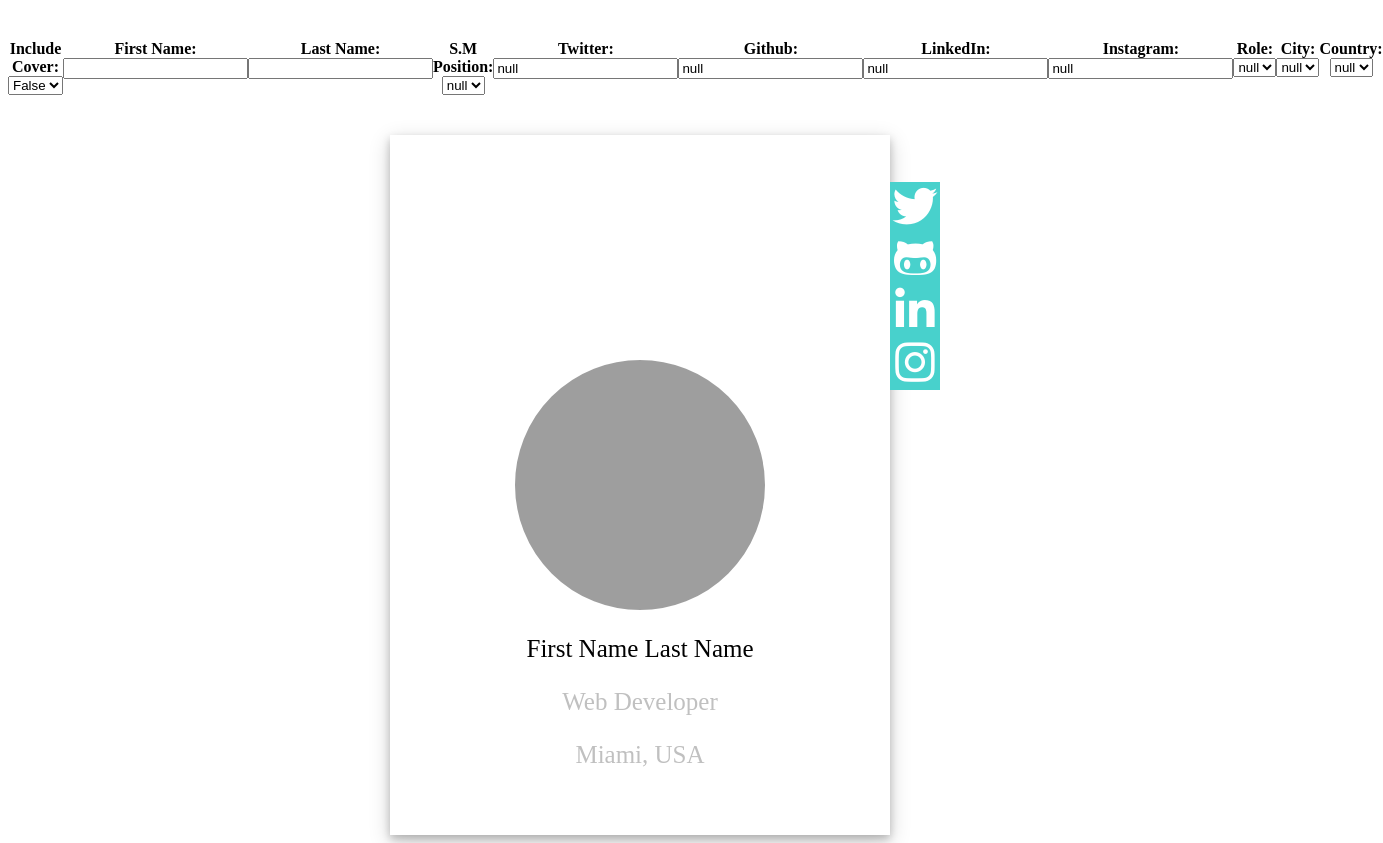
Repository: DJaye33/conditional-profile-card
Page: index.html
The author's editor kept a record of every edit. The page is drawn from the files as they stood at one moment, then again after the next edit.
The browser window is 1280 px wide. The page is 1383 px wide, so the pictures cover 1383 px, including what lies to the right of the window. The pictures show the whole page.
Pictures or frames that could not be fetched are drawn as grey boxes. Some web libraries are served in a nearby version.

Above is the page before.
Console error: TypeError: Cannot read properties of null (reading 'addEventListener')

### index.html
<!DOCTYPE html>
<html lang="en">

<head>
    <meta charset="UTF-8">
    <meta name="viewport" content="width=device-width, initial-scale=1.0">
    <meta http-equiv="X-UA-Compatible" content="ie=edge">
    <title>Conditional Profile Card</title>
    <script src="https://kit.fontawesome.com/d239cac0a2.js" crossorigin="anonymous"></script>
    <link rel="stylesheet" href="profileCard.css" type="text/css" />
</head>

<body>
    <div id='container'>

        <label for='cover-input'>
            Include Cover:
            <br />
            <select id='include-cover'>
                <option value='false'>False</option>
                <option value='true'>True</option>
            </select>
        </label>

        <label for='first-name'>
            First Name:
            <br />
            <input id='firstName' type='text' />
        </label>

        <label id='lastName' for='last-name'>
           Last Name:
            <br />
            <input type='text' />
        </label>

        <label for='cover-input'>
            S.M Position:
            <br />
            <select>
                <option>null</option>
            </select>
        </label>

        <label for='twitter'>
           Twitter:
            <br />
            <input value='null' type='text' />
        </label>

        <label for='Github'>
           Github:
            <br />
            <input value='null' type='text' />
        </label>

        <label for='LinkedIn'>
           LinkedIn:
            <br />
            <input value='null' type='text' />
        </label>

        <label for='Instagram'>
           Instagram:
            <br />
            <input value='null' type='text' />
        </label>

        <label for='role'>
            Role:
            <br />
            <select>
                <option>null</option>
            </select>
        </label>

        <label for='city'>
            City:
            <br />
            <select>
                <option>null</option>
            </select>
        </label>

        <label for='country'>
            Country:
            <br />
            <select>
                <option>null</option>
            </select>
        </label>
    </div>

    <div id='card-body'>
        <div id='user-image'>
        </div>
        <section id='upper-half'></section>
        <section id='lower-half'>
            <div id='text-block'>
                <span id='firstNameEl'>First Name</span>
                <span id='lastNameEl'>Last Name</span>
                <p class='mute-text'>Web Developer</p>
                <p class='mute-text'>Miami, USA</p>
            </div>
            <ul id='social-links'>
                <li><i class="fab fa-twitter"></i></li>
                <li><i class="fab fa-github-alt"></i></li>
                <li><i class="fab fa-linkedin-in"></i></li>
                <li><i class="fab fa-instagram"></i></li>
            </ul>

    </div>

    </section>
    </div>

    <script src='profileCard.js'></script>
</body>

</html>

### profileCard.css
#container {
    display: flex;
    justify-content: space-around;
    margin-top: 40px;
    margin-bottom: 40px;
}

label {
    font-weight: bold;
    text-align: center;
}



#card-body {
    position: relative;
    background: white;
    margin: 0 auto;
    width: 500px;
    height: 700px;
    /*border-radius: 20px;*/
    box-shadow: 0 4px 8px 0 rgba(0, 0, 0, 0.2), 0 6px 20px 0 rgba(0, 0, 0, 0.19);
}

#user-image {
    background: url('https://images.unsplash.com/photo-1535713875002-d1d0cf377fde?ixlib=rb-1.2.1&ixid=eyJhcHBfaWQiOjEyMDd9&auto=format&fit=crop&w=500&q=60');
    background-size: contain;
    border: 5px solid white;
    border-radius: 50%;
    height: 250px;
    width: 250px;
    z-index: 99;
    position: absolute;
    margin: auto;
    top: 0;
    left: 0;
    right: 0;
    bottom: 0;
}

#upper-half {
    width: 100%;
    height: 50%;
}

.toggle-background {
    background: url('https://images.unsplash.com/photo-1570942872213-1242607a35eb?ixlib=rb-1.2.1&ixid=eyJhcHBfaWQiOjEyMDd9&auto=format&fit=crop&w=500&q=60') no-repeat;
    background-size: contain;

}

#lower-half {
    position: relative;
    background: white;
    width: 100%;
    height: 50%;
}

#text-block {
    font-size: 25px;
    margin: 0 auto;
    position: absolute;
    top: 0;
    left: 0;
    bottom: 0;
    right: 0;
    text-align: center;
    margin-top: 30%;
}

.mute-text {
    color: silver;
}

ul {
    position: absolute;
    list-style-type: none;
    margin-left: 100%;
    padding: 0;
    bottom: 400px;
}

#social-links {
    background: #48D1CC;
    font-size: 45px;
    text-align: center;
    color: white;
    width: 10%;
}

### profileCard.js
const firstNameInput = document.getElementById('firstName');
const fistNameEl = document.getElementById('firstNameEl');
const lastNameInput = document.getElementById('lastName');
const lastNameEl = document.getElementById('lastNameEl');
const includeCover = document.querySelector('#include-cover');
const upperHalf = document.querySelector('#upper-half');
const socialPosition = document.querySelector('#social-position')
const socialLinks = document.querySelector('#social-links');

// console.log(socialLinks);

// ***** changes firstname on card on change *****//
firstNameInput.addEventListener('change', (event) => {
    fistNameEl.textContent = event.target.value;
})

// ***** changes last name on card on change ***** //
lastNameInput.addEventListener('change', (event) => {
    lastNameEl.textContent = event.target.value;
})

// ***** toggle background ***** //
includeCover.addEventListener('change', event => {
    if (event.target.value === 'true') {
        upperHalf.classList.add('toggle-background')
    }else if (event.target.value === 'false') {
        upperHalf.classList.remove('toggle-background')
    }
})

socialPosition.addEventListener('change', event => {
    const socialLink = socialLinks.classList;

    if (event.target.value === 'right') {
        socialLink.remove('left')
        socialLink.add('right')
    }
    else if (event.target.value === 'left') {
        socialLink.remove('right')
        socialLink.add('left');
    }
})

After the next edit:
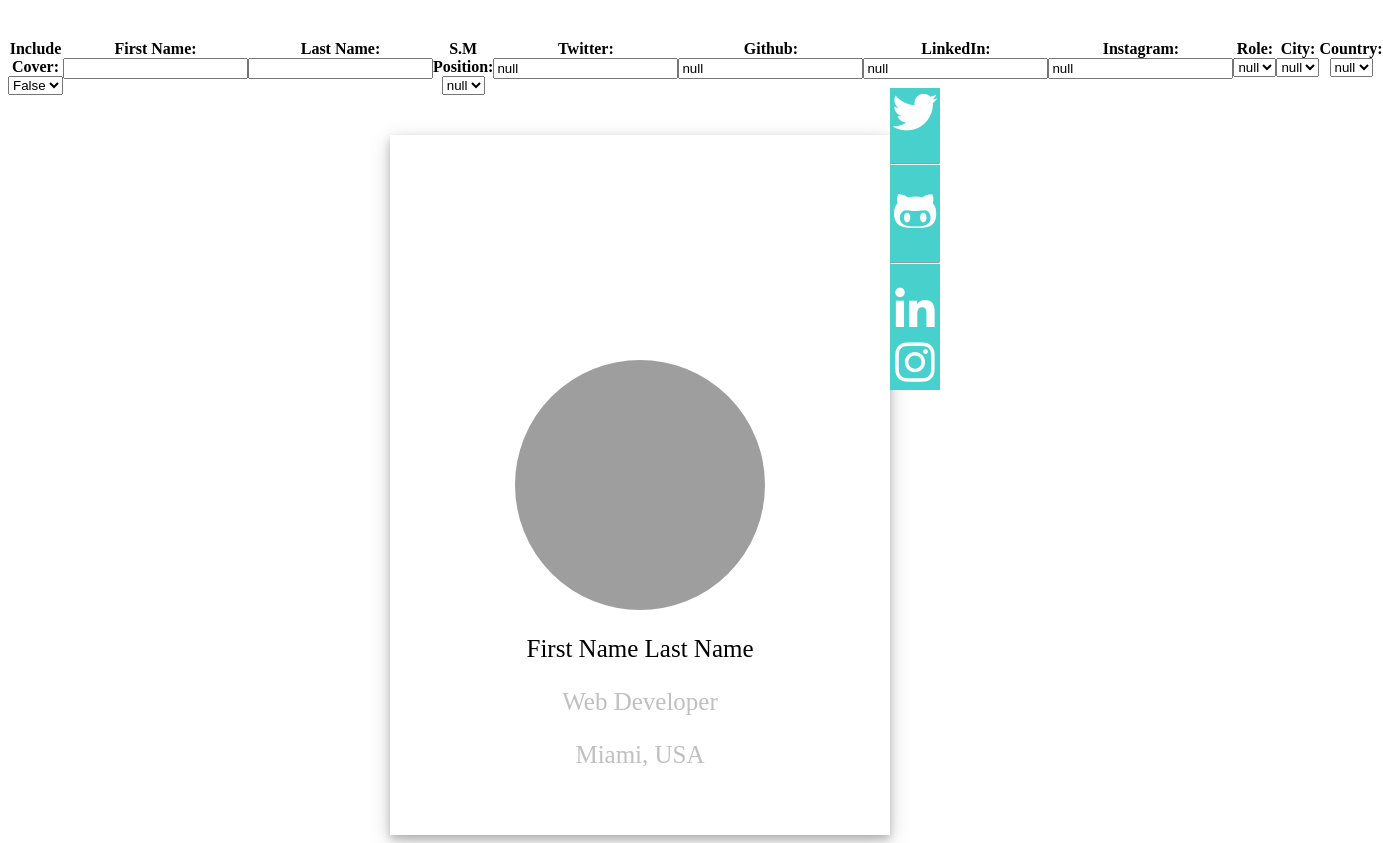
The edit:
--- a/index.html
+++ b/index.html
@@ -104,8 +104,11 @@
             </div>
             <ul id='social-links'>
                 <li><i class="fab fa-twitter"></i></li>
+                <hr>
                 <li><i class="fab fa-github-alt"></i></li>
+                <hr>
                 <li><i class="fab fa-linkedin-in"></i></li>
+
                 <li><i class="fab fa-instagram"></i></li>
             </ul>
 
